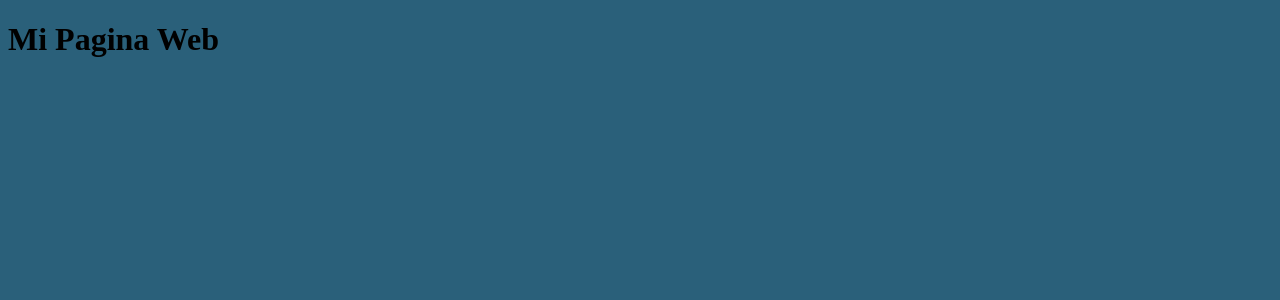
Repository: araque1990/PedroPiedraRota
Page: index.html
These files come from the project's save history. The page is drawn as it stood at one moment and after the next save; the edit follows.
The browser window is 1280 px wide. The pictures show the whole page.
The style sheet was rebuilt from its Sass, Less or Tailwind sources for each picture, by a compiler version that may differ from the author's.

Above is the page before, as saved 2023-03-13 15:57:41.

### index.html
<!DOCTYPE html>
<html lang="es">
<head>
    <meta charset="UTF-8">
    <meta http-equiv="X-UA-Compatible" content="IE=edge">
    <meta name="viewport" content="width=device-width, initial-scale=1.0">
    <title>Pedro "Piedra Rota"</title>
    <meta name="description" content="Rock Zaragoza, Pedro Piedra Rota, Sitio Web Oficial">
    <meta name="keywords" content="Rock Zaragoza, pagina oficial de Pedro Civera Sanchez, Pedro Piedra Rota">
    <link rel="preconnect" href="https://fonts.googleapis.com">
    <link rel="preconnect" href="https://fonts.gstatic.com" crossorigin>
    <link href="https://fonts.googleapis.com/css2?family=Montserrat:wght@300;400;700;900&display=swap" rel="stylesheet">
    <link rel="shortcut icon" href="img/icono/Guitarra.svg" type="image/svg">
    <link rel="stylesheet" href="build/css/app.css">
</head>
<body>
    <h1>Mi Pagina Web</h1>
</body>
</html>

### src/scss/app.scss
@use 'base/variables';
@use 'contenido/contenido';

### src/scss/base/_variables.scss


$primario: rgb(42, 96, 122);
$secundario: rbg(42, 125, 42);

### src/scss/contenido/_contenido.scss
@use 'base/variables' as v;

body {
  background-color: v.$primario;
}

h1 {
  color: v.$secundario;
}

After the next save:
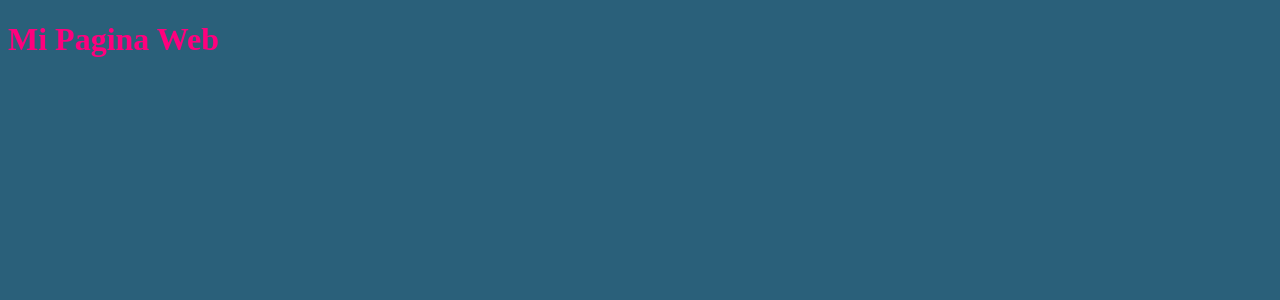
Saved 117 s later.
--- a/src/scss/base/_variables.scss
+++ b/src/scss/base/_variables.scss
@@ -1,4 +1,4 @@
 
 
 $primario: rgb(42, 96, 122);
-$secundario: rbg(42, 125, 42);
+$secundario: rgb(255, 0, 125);
